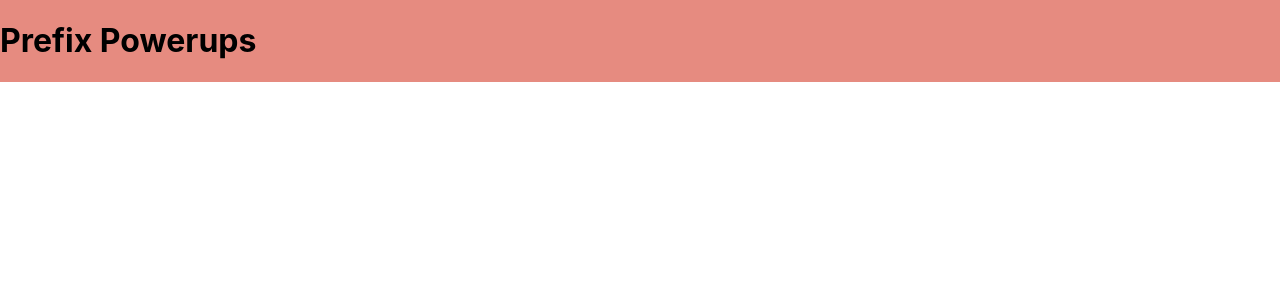
Repository: bsalgado98/buns-inator
Page: /
These files come from the project's save history. The page is drawn as it stood at one moment and after the next save; the edit follows.
The browser window is 1280 px wide. The pictures show the whole page.
The project was rebuilt for these pictures with package versions that can differ from the ones it lists, and the page was loaded fresh each time. Also part of the build but not shown: src/components/WordCard/WordCard.js.

Above is the page before, as saved 2022-04-25 21:48:07.

After the next save:
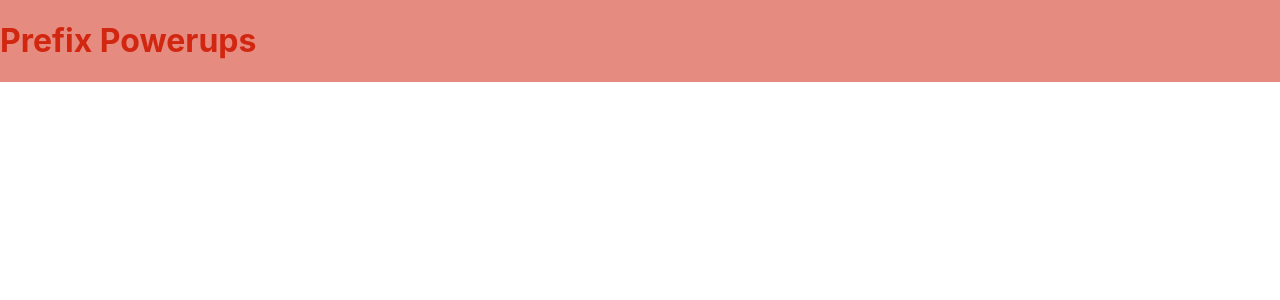
Saved 5 s later.
--- a/src/components/WordBank/WordBank.js
+++ b/src/components/WordBank/WordBank.js
@@ -5,7 +5,7 @@ const WordBank = ({ bankTitle = "N/A", color = "#000000", wordCollection = [] })
         },
         title: {
             style: {
-
+                color: color
             },
             container: {
                 style: {
